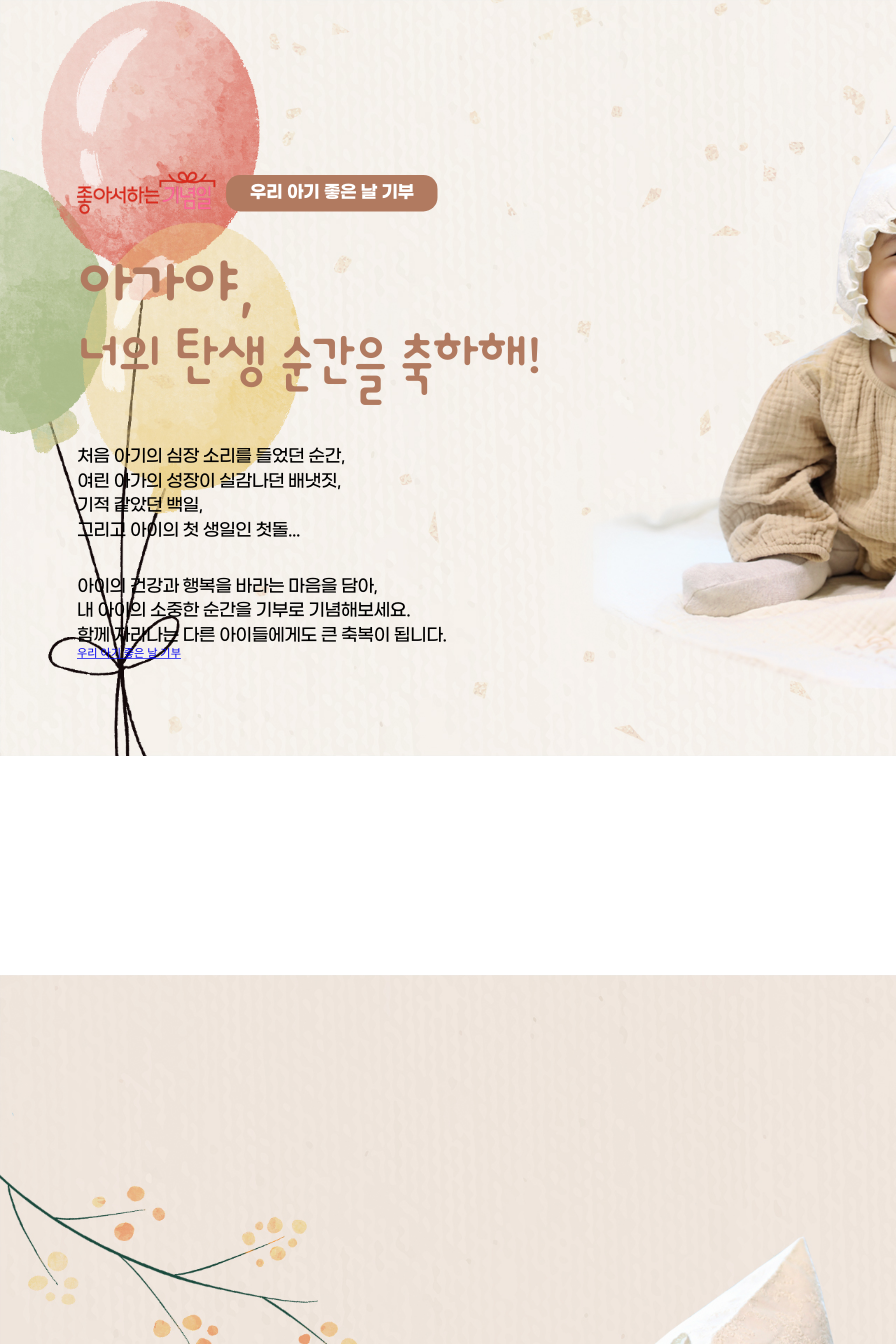
Repository: dlgywls1130/save_the_children
Page: index.html
These files come from the project's save history. The page is drawn as it stood at one moment and after the next save; the edit follows.
The browser window is 1280 px wide. The pictures show the part of the page from y = 0 to 1920 px (the page is 5153 px tall), at 70% of full size.

Above is the page before, as saved 2023-12-12 21:25:01.

After the next save:
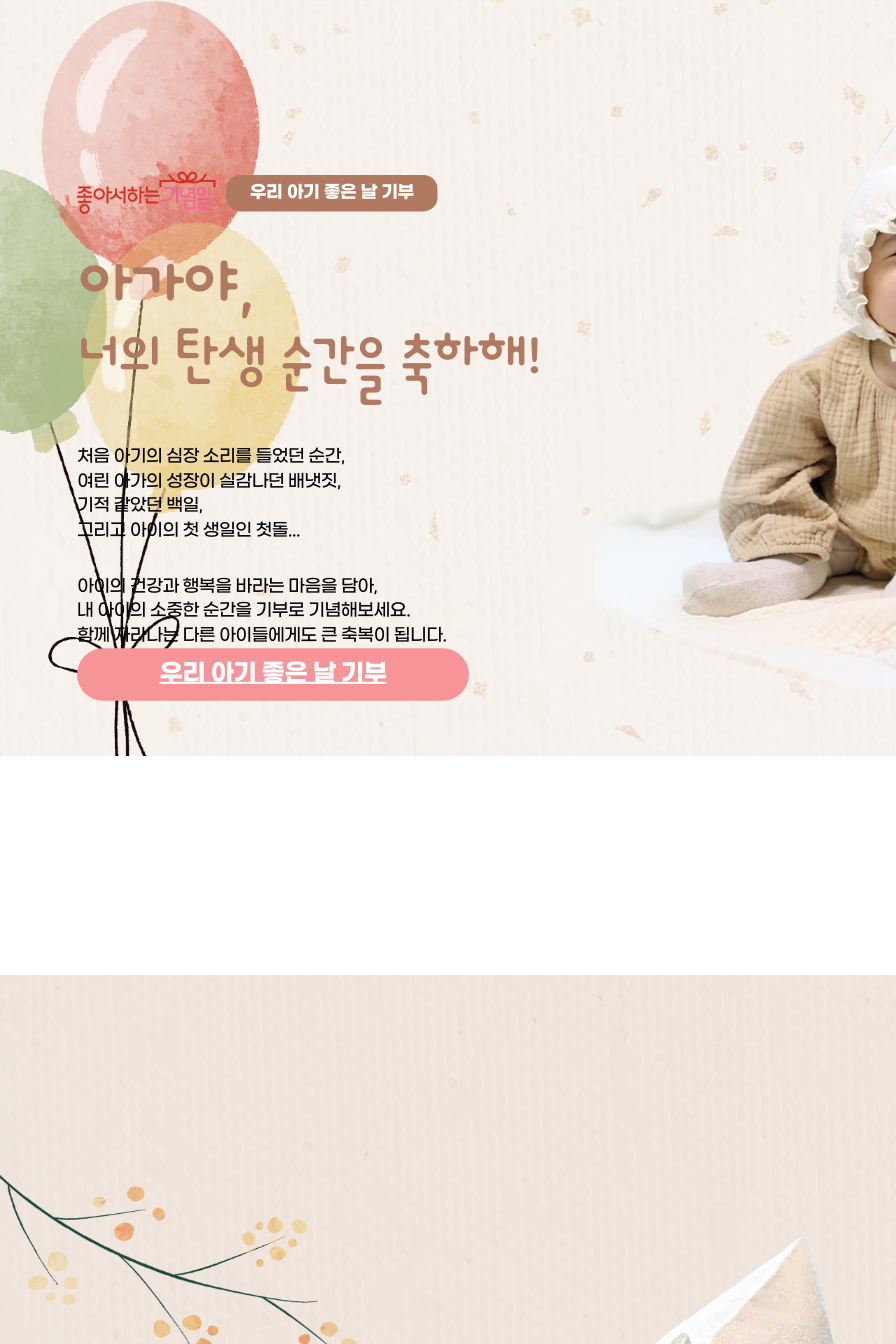
Saved 2 min 41 s later.
--- a/css/style.css
+++ b/css/style.css
@@ -2,6 +2,7 @@
 /* root */
 :root{
     --main-color:#B17A60;
+    --pink-color:#F79497;
 }
 
 
@@ -178,6 +179,21 @@
     letter-spacing: -0.03em;
     color: #000;
 }
+
+.donation_link{
+    width: 560px;
+    height: 75px;
+    border-radius: 100px;
+    display: flex;
+    align-items: center;
+    justify-content: center;
+    background: var(--pink-color);
+    color: #fff;
+    font-family: 'GmarketSans';
+    font-size: 35px;
+    font-weight: 700;
+    letter-spacing: -0.03em;
+}
 /* section02 */
 
 .section02{
